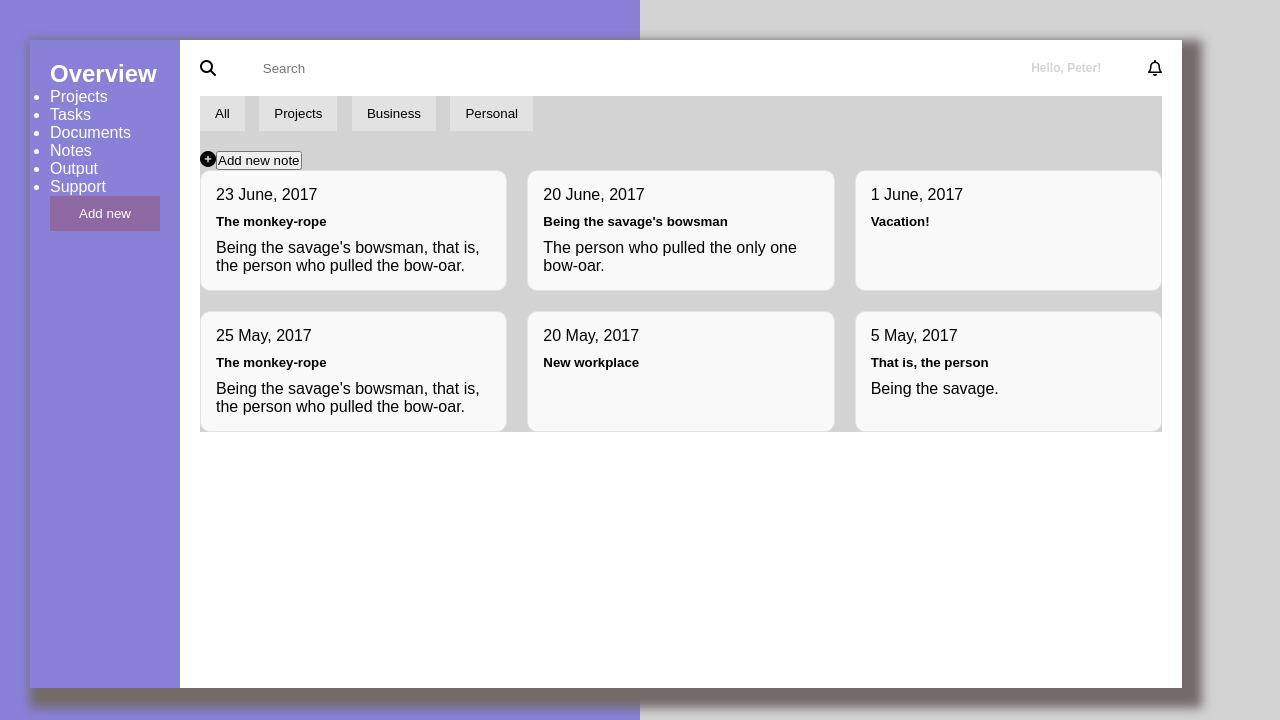
Repository: SatenikGabrielyan/HTML_CSS-_Assignment
Page: index.html
The author's editor kept a copy of each file at every save. The page is drawn from the files as they stood at one save, then again after a run of saves.
The browser window is 1280 px wide. The pictures show the whole page.
Some web libraries are served in a nearby version.

Above is the page before, as saved 2025-03-17 21:03:58.

### index.html
<!DOCTYPE html>
<html lang="en">
  <head>
    <meta charset="UTF-8" />
    <meta name="viewport" content="width=device-width, initial-scale=1.0" />
    <title>Notes App</title>
    <link rel="stylesheet" href="./style.css" />
    <script src="https://kit.fontawesome.com/858d305f19.js" crossorigin="anonymous"></script>
</head>
  <body>
      <div class="cont">
          <div class="purp"></div>
          <div class="whit"></div>
      </div>
    <div class="container">
      <aside class="sidebar">
        <header>
            <h2>Overview</h2>
        </header>
        <nav>
            <ul>
                <li>Projects</li>
                <li>Tasks</li>
                <li>Documents</li>
                <li>Notes</li>
                <li>Output</li>
                <li>Support</li>
            </ul>
        </nav>
        <button class="add-new">Add new</button>
    </aside>

    <main class="main-content">
       <div class="header">
            <i class="fas fa-search"></i>  <input type="text" placeholder="Search">
            <h3>Hello, Peter!</h3> <i class="fa-regular fa-bell"></i>
    </div>
    <div class="proj">
        <div class="but">
        <div class="tabs">
            <button>All</button>
            <button>Projects</button>
            <button>Business</button>
            <button>Personal</button>
        </div>
        <div class="add">
            <i class="fa-solid fa-circle-plus"></i><button>Add new note</button>
        </div>
    </div>
        <div class="notes-grid">
            <div class="note-card">
                <h4>23 June, 2017</h4>
                <h5>The monkey-rope</h5>
                <p>Being the savage's bowsman, that is, the person who pulled the bow-oar.</p>
            </div>
            <div class="note-card">
                <h4>20 June, 2017</h4>
                <h5>Being the savage's bowsman</h5>
                <p>The person who pulled the only one bow-oar.</p>
            </div>
            <div class="note-card">
                <h4>1 June, 2017</h4>
                <h5>Vacation!</h5>
            </div>
            <div class="note-card">
                <h4>25 May, 2017</h4>
                <h5>The monkey-rope</h5>
                <p>Being the savage's bowsman, that is, the person who pulled the bow-oar.</p>
            </div>
            <div class="note-card">
                <h4>20 May, 2017</h4>
                <h5>New workplace</h5>
            </div>
            <div class="note-card">
                <h4>5 May, 2017</h4>
                <h5>That is, the person</h5>
                <p>Being the savage.</p>
            </div>
        </div>
    </div>
    </main>
    </div>

  </body>
</html>

### style.css
/* CSS Variables for Colors */
:root {
    --bg-color: #fbfbfb;
    --primary-color: #8981d8;
    --secondary-color: #d0d0d0;
    --text-color: #858499;
    --highlight-color: #7f77cc;
    --hover-color: rgba(137, 129, 216, 0.5);
  }


  * {
    margin: 0;
    padding: 0;
    box-sizing: border-box;
  }

  body {
    font-family: Arial, sans-serif;
    background-color: var(--bg-color);
    display: flex;
    height: 100vh;
  }
  .wrapper{
    position: relative;
  }
  .cont{
      display: flex;
      width: 100%;
      position: relative;
      z-index: -1;
      border-radius: 10px;
  }
.purp {
    width: 50%;
    background-color: var(--primary-color);
    flex-direction: row;
}
.whit {
    width: 50%;
    background-color: lightgray;
    flex-direction: row;
}
  .container {
    display: flex;
    width: 90%;
    height: 90%;

    box-shadow: 10px 10px 10px 10px rgb(116, 106, 106);
    margin-left: 30px;
    margin-right: 30px;
    margin-top: 40px;
    margin-bottom: 80px;
    background: center;
    position: absolute;
    z-index: 2;
  }

   .sidebar {
    width: 150px;
    background-color: var(--primary-color);
    color: #fff;
    display: flex;
    flex-direction: column;
    padding: 20px;
  }

  .main-content li {
    float: left;
  }

  .main-content li a {
    display: block;
    color: white;
    text-align: center;
    padding: 14px 16px;
    text-decoration: none;
  }

  .main-content li a:hover:not(.active) {
    background-color: #111;
  }

  .sidebar-header h2 {
    margin-bottom: 20px;
  }

  .sidebar-list {
    list-style: none;
  }

  .sidebar-list li {
    margin: 15px 0;
    display: flex;
    align-items: center;
    cursor: pointer;
  }

  .sidebar-list li i {
    margin-right: 10px;
  }

  .main-content {
    background-color: white;
    width: 200px;
    flex-grow: 1;
    padding: 20px;
    overflow-y: auto;
  }

   /* header {
    display: flex;
    justify-content: space-between;
    align-items: center;
    margin-bottom: 20px;
  } */

  /*
  .header-left p {
    font-size: 1.2em;
    color: var(--text-color);
  }

  .header-right {
    display: flex;
    align-items: center;
  }

  .header-right i {
    margin-right: 20px;
    cursor: pointer;
  }

  .add-note-btn {
    background-color: var(--primary-color);
    color: #fff;
    border: none;
    padding: 10px 20px;
    cursor: pointer;
    display: flex;
    align-items: center;
  }

  .add-note-btn i {
    margin-right: 10px;
  }


  .notes-grid {
    display: grid;
    grid-template-columns: repeat(auto-fill, minmax(300px, 1fr));
    gap: 20px;
  }

  .note-item {
    background-color: #fff;
    border-radius: 8px;
    box-shadow: 0 2px 4px rgba(0, 0, 0, 0.1);
    overflow: hidden;
    display: flex;
    flex-direction: column;
    padding: 20px;
  }

  .note-item img {
    width: 100%;
    height: auto;
    border-radius: 8px;
    margin-bottom: 15px;
  }

  .note-item p {
    color: var(--text-color);
    font-size: 1em;
    line-height: 1.5;
  }


  .sidebar-list li:hover {
    background-color: var(--highlight-color);
    transition: background-color 0.3s ease;
  }


  @media (max-width: 768px) {
    .container {
      flex-direction: column;
    }

    .sidebar {
      width: 100%;
      flex-direction: row;
      justify-content: space-around;
      padding: 10px;
    }

    .sidebar-list {
      display: flex;
      flex-direction: row;
      gap: 15px;
    }

    .sidebar-list li {
      margin: 0;
    }

    .main-content {
      padding: 10px;
    }

    header {
      flex-direction: column;
      align-items: flex-start;
    }

    .header-right {
      margin-top: 10px;
    }

    .notes-grid {
      grid-template-columns: 1fr;
    }

    .note-item {
      padding: 10px;
    }

    .note-item img {
      margin-bottom: 10px;
    }
  } */
  /* .sidebar {
    background-color: #5e4b9a;
    color: white;
    width: 300px;
    padding: 20px;
} */

/* .sidebar header {
    font-size: 24px;
}

.sidebar nav ul {
    list-style: none;
    padding: 0;
}

.sidebar nav ul li {
    margin: 15px 0;
} */

.add-new {
    background-color: #8e68a0;
    color: white;
    border: none;
    padding: 10px;
    cursor: pointer;
}

.main-content {
    flex: 1;
    padding: 20px;
    background-color: white;
}

.header {
    display: flex;
    justify-content: space-between;
    align-items: center;
    background-color: white;
    box-shadow: lightgrey;
}

.header input {
    border: none;
    margin: 0;
    width: 75%;
}

.header h3 {
    margin: 0;
    font-size: 12px;
    color: lightgrey;
}

.tabs {

    margin: 20px 0;
}
.proj {
    background-color: lightgrey;
}
.tabs button {
    margin-right: 10px;
    padding: 10px 15px;
    border: none;
    background-color: #e2e2e2;
    cursor: pointer;
}

.notes-grid {
    display: grid;
    grid-template-columns: repeat(auto-fill, minmax(240px, 1fr));
    gap: 20px;
}

.note-card {
    border: 1px solid #e2e2e2;
    border-radius: 10px;
    padding: 15px;
    background-color: #f9f9f9;
}

.note-card h4 {
    margin: 0;
    font-weight: normal;
}

.note-card h5 {
    margin: 10px 0;
}

After the next 10 saves:
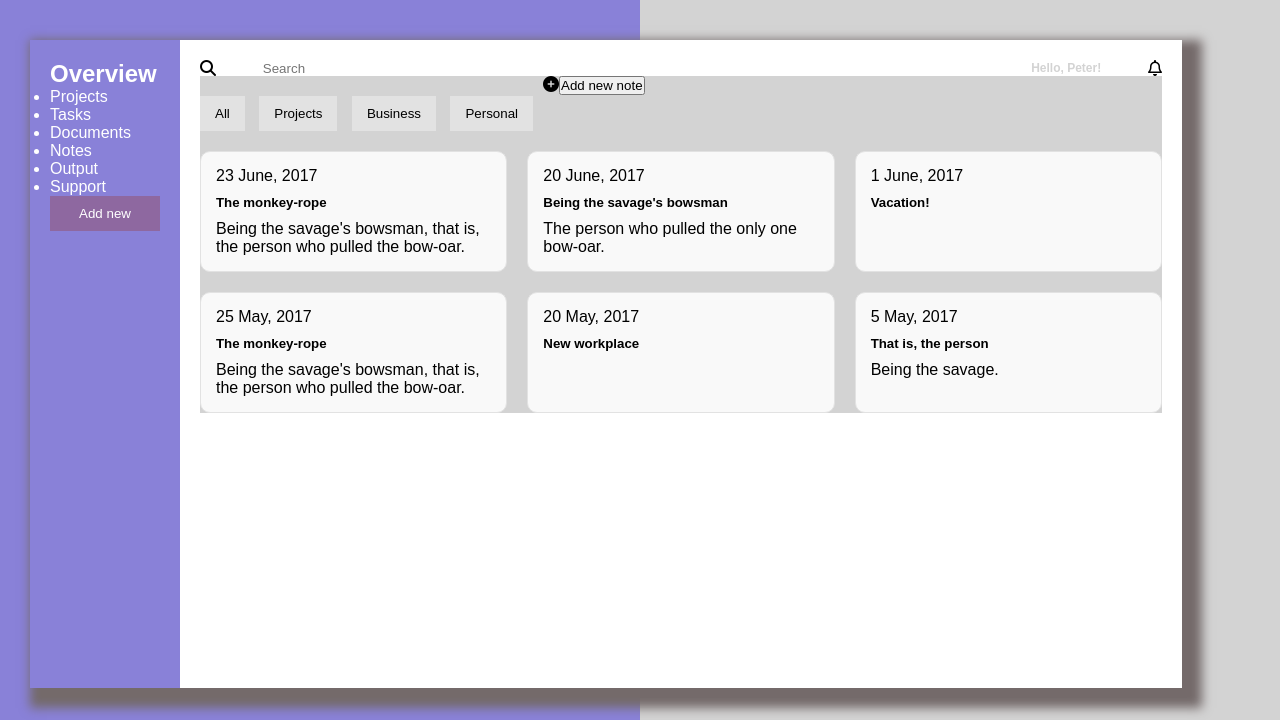
The 10 saves are shown as one change because they came seconds apart.
The last was saved 32 s later.
--- a/style.css
+++ b/style.css
@@ -303,6 +303,10 @@
     grid-template-columns: repeat(auto-fill, minmax(240px, 1fr));
     gap: 20px;
 }
+.but{
+    display: flex;
+    flex-direction: row;
+}
 
 .note-card {
     border: 1px solid #e2e2e2;
